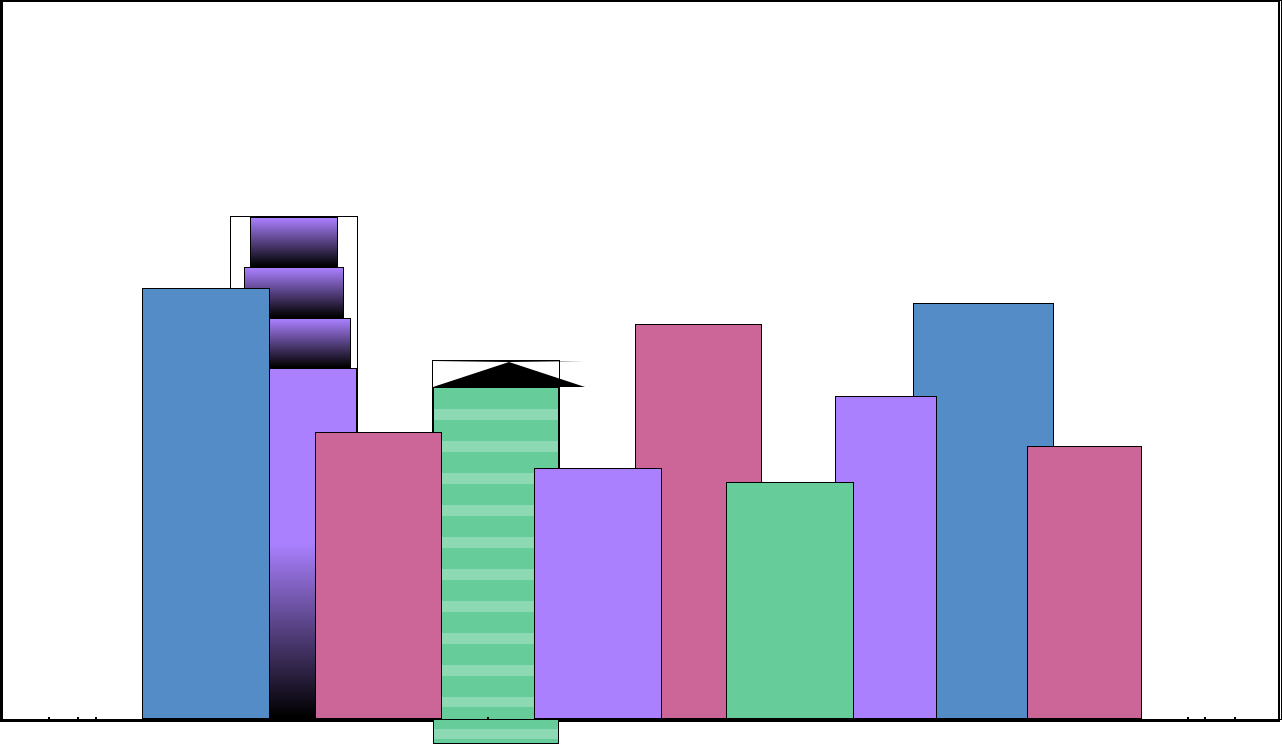
Repository: Lungdjos/city_skyline
Page: index.html
An editor plug-in stored every save of this project. The page is shown before and after a run of saves, followed by the edit.
The browser window is 1280 px wide. The page is 1282 px wide, so the pictures cover 1282 px, including what lies to the right of the window. The pictures show the whole page.

Above is the page before, as saved 2023-12-12 10:57:18.

### index.html
<!DOCTYPE html>
<html lang="en">

<head>
    <meta charset="UTF-8">
    <meta name="viewport" content="width=device-width, initial-scale=1.0">
    <title>City Skyline</title>
    <link href="styles.css" rel="stylesheet" />
</head>

<body>
    <div class="background-buildings">
        <div></div>
        <div></div>
        <div class="bb1">
            <div class="bb1a bb1-window"></div>
            <div class="bb1b bb1-window"></div>
            <div class="bb1c bb1-window"></div>
            <div class="bb1d"></div>
        </div>
        <div class="bb2">
            <div class="bb2a"></div>
            <div class="bb2b"></div>
        </div>
        <div class="bb3"></div>
        <div></div>
        <div class="bb4"></div>
        <div></div>
        <div></div>
    </div>
    <div class="foreground-buildings">
        <div></div>
        <div></div>
        <div class="fb1"></div>
        <div class="fb2"></div>
        <div></div>
        <div class="fb3"></div>
        <div class="fb4"></div>
        <div class="fb5"></div>
        <div class="fb6"></div>
        <div></div>
        <div></div>
    </div>
</body>

</html>

</html>

</html>

### styles.css
:root {
    --building-color1: #aa80ff;
    --building-color2: #66cc99;
    --building-color3: #cc6699;
    --building-color4: #538cc6;
    --window-color1: black;
    --window-color2: #8cd9b3;
}

* {
    border: 1px solid black;
    box-sizing: border-box;
}

body {
    height: 100vh;
    margin: 0;
    overflow: hidden;
}

.background-buildings,
.foreground-buildings {
    width: 100%;
    height: 100%;
    display: flex;
    align-items: flex-end;
    justify-content: space-evenly;
    position: absolute;
    top: 0;
}


/* BACKGROUND BUILDINGS - "bb" stands for "background building" */

.bb1 {
    width: 10%;
    height: 70%;
    display: flex;
    flex-direction: column;
    align-items: center;
}

.bb1a {
    width: 70%;
}

.bb1b {
    width: 80%;
}

.bb1c {
    width: 90%;
}

.bb1d {
    width: 100%;
    height: 70%;
    background: linear-gradient( var(--building-color1) 50%, var(--window-color1));
}

.bb1-window {
    height: 10%;
    background: linear-gradient( var(--building-color1), var(--window-color1));
}

.bb2 {
    width: 10%;
    height: 50%;
}

.bb2a {
    /* margin: auto;
     width: 5vw;
    height: 5vw;
    border-top: 1vw solid #000;
    */
    border-bottom: 2vw solid #000;
    border-left: 6vw solid transparent;
    border-right: 6vw solid transparent;
}

.bb2b {
    width: 100%;
    height: 100%;
    background: repeating-linear-gradient(var(--building-color2) 0%, var(--building-color2) 6%, var(--window-color2) 6%, var(--window-color2) 9%);
}

.bb3 {
    width: 10%;
    height: 55%;
    background-color: var(--building-color3);
}

.bb4 {
    width: 11%;
    height: 58%;
    background-color: var(--building-color4);
}


/* FOREGROUND BUILDINGS - "fb" stands for "foreground building" */

.fb1 {
    width: 10%;
    height: 60%;
    background-color: var(--building-color4);
}

.fb2 {
    width: 10%;
    height: 40%;
    background-color: var(--building-color3);
}

.fb3 {
    width: 10%;
    height: 35%;
    background-color: var(--building-color1);
}

.fb4 {
    width: 8%;
    height: 45%;
    background-color: var(--building-color1);
    position: relative;
    left: 10%;
}

.fb5 {
    width: 10%;
    height: 33%;
    background-color: var(--building-color2);
    position: relative;
    right: 10%;
}

.fb6 {
    width: 9%;
    height: 38%;
    background-color: var(--building-color3);
}

After the next 2 saves:
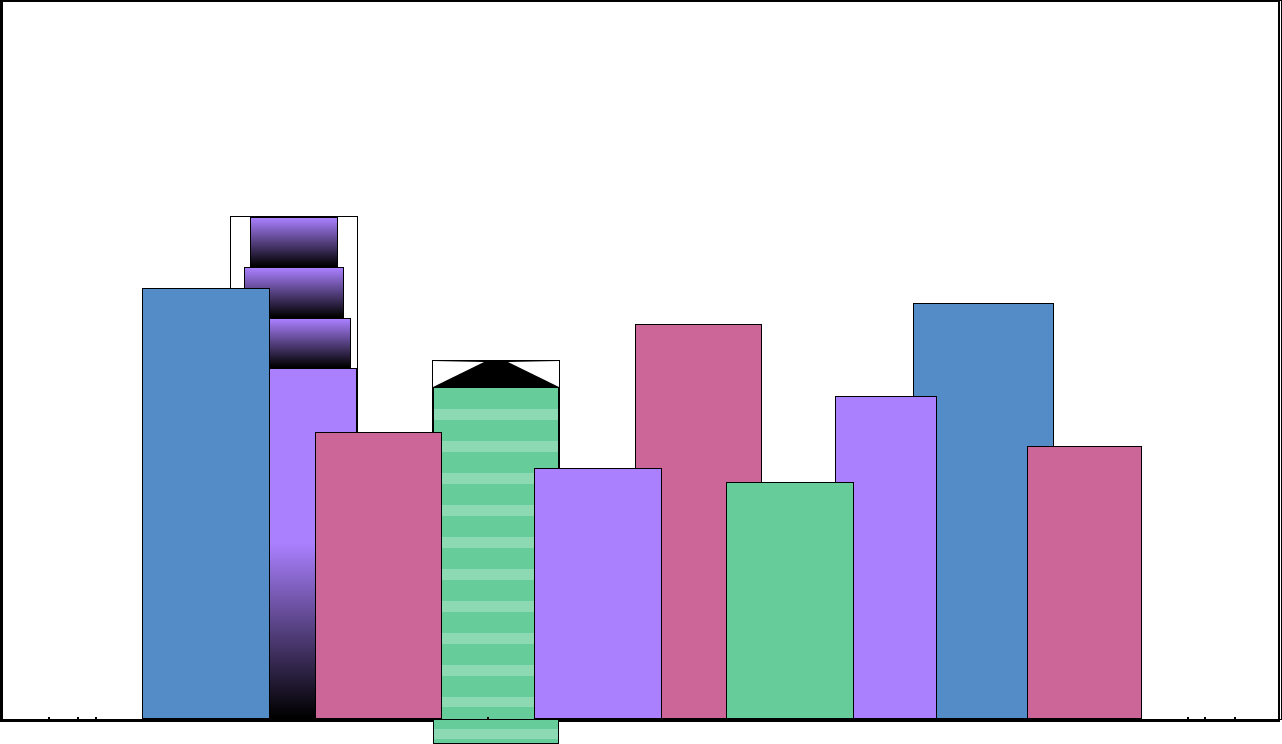
The 2 saves are shown as one change because they came seconds apart.
The last was saved 9 s later.
--- a/styles.css
+++ b/styles.css
@@ -75,8 +75,8 @@ body {
     border-top: 1vw solid #000;
     */
     border-bottom: 2vw solid #000;
-    border-left: 6vw solid transparent;
-    border-right: 6vw solid transparent;
+    border-left: 4vw solid transparent;
+    border-right: 4vw solid transparent;
 }
 
 .bb2b {
